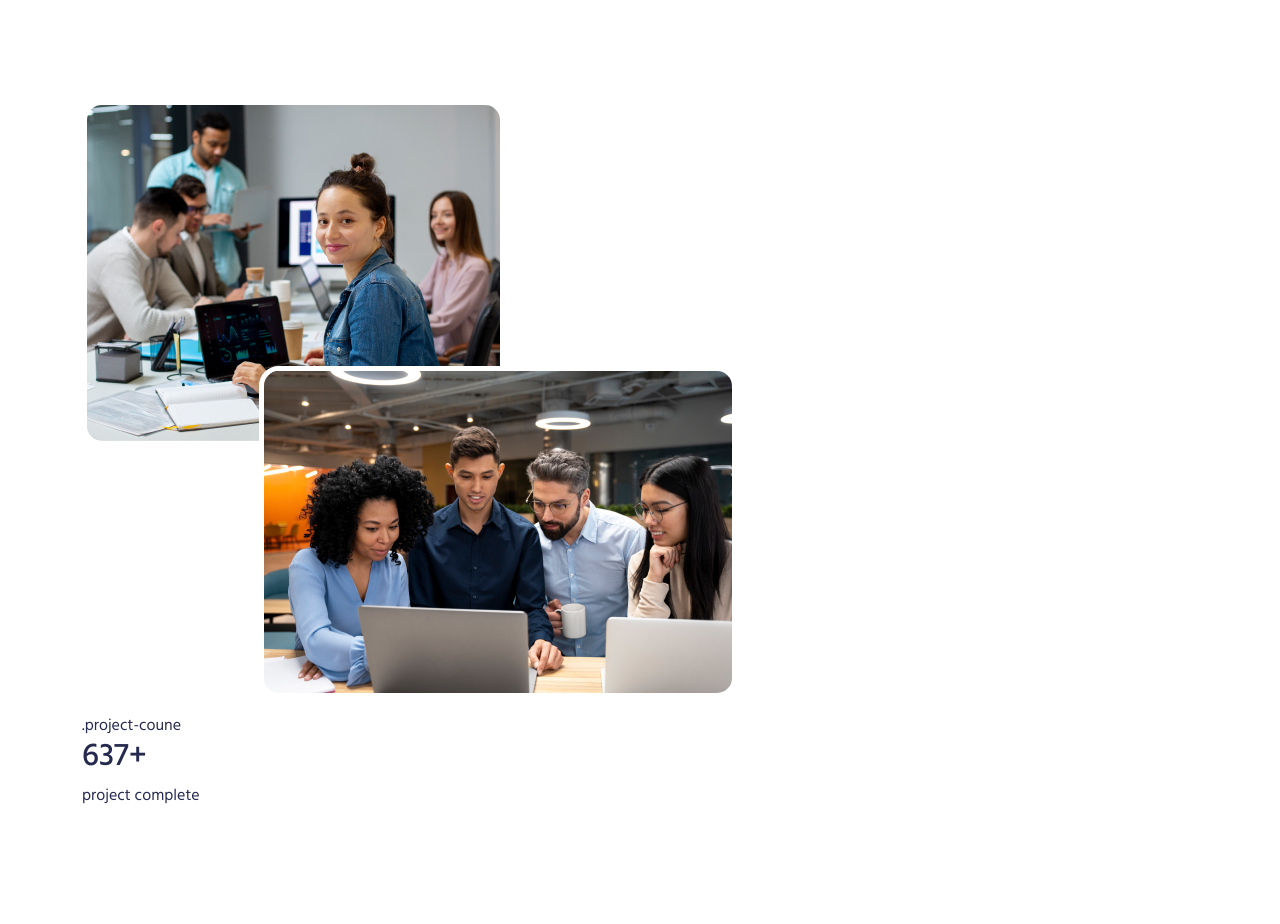
Repository: tagnam/mirehel2.0
Page: about.html
The author's editor kept a copy of each file at every save. The page is drawn from the files as they stood at one save, then again after the next save.
The browser window is 1280 px wide. The pictures show the whole page.

Above is the page before, as saved 2025-02-03 11:58:23.

### about.html
<!DOCTYPE html>
<html lang="en">
<head>
    <meta charset="UTF-8">
    <meta name="viewport" content="width=device-width, initial-scale=1.0">
    <title>about</title>
    <link href="https://cdn.jsdelivr.net/npm/bootstrap@5.0.2/dist/css/bootstrap.min.css" rel="stylesheet" integrity="sha384-EVSTQN3/azprG1Anm3QDgpJLIm9Nao0Yz1ztcQTwFspd3yD65VohhpuuCOmLASjC" crossorigin="anonymous">
    <link rel="stylesheet" href="style/css/animation.css">
    <link rel="stylesheet" href="style/css/style.css">
    <link rel="stylesheet" href="style/css/animation.css">
</head>
<body>
<!--======================================== about section ==================================== -->


<section>
    <div class="container">
        <div class="row">
            <div class="col-lg-6">
                <div class="about-left">
                    <figure class="about-img-container">
                        <img class="about-img-001 A-image01" src="images/about-img-1.jpg" alt="">
                        <img class="about-img-001 A-image02" src="images/about-img-2.jpg" alt="">
                    </figure>
                    <div class="project-counter">
                        .project-coune
                            <h2>637+</h2>
                            <p> project complete </p>
                    </div>

                </div>
            </div>
            <div class="col-lg-6"></div>
        </div>
    </div>
</section>

<!--======================================== end about section ==================================== -->












    <script src="https://cdn.jsdelivr.net/npm/bootstrap@5.0.2/dist/js/bootstrap.bundle.min.js" integrity="sha384-MrcW6ZMFYlzcLA8Nl+NtUVF0sA7MsXsP1UyJoMp4YLEuNSfAP+JcXn/tWtIaxVXM" crossorigin="anonymous"></script>
    <script src="https://cdn.jsdelivr.net/npm/@popperjs/core@2.9.2/dist/umd/popper.min.js" integrity="sha384-IQsoLXl5PILFhosVNubq5LC7Qb9DXgDA9i+tQ8Zj3iwWAwPtgFTxbJ8NT4GN1R8p" crossorigin="anonymous"></script>
    <script src="https://cdn.jsdelivr.net/npm/bootstrap@5.0.2/dist/js/bootstrap.min.js" integrity="sha384-cVKIPhGWiC2Al4u+LWgxfKTRIcfu0JTxR+EQDz/bgldoEyl4H0zUF0QKbrJ0EcQF" crossorigin="anonymous"></script>
</body>
</html>

### style/css/style.css

@import url('https://fonts.googleapis.com/css2?family=Hind:wght@300;400;500;600;700&family=Inter:ital,opsz,wght@0,14..32,100..900;1,14..32,100..900&family=Open+Sans:ital,wght@0,300..800;1,300..800&family=Oswald:wght@200..700&family=Poppins:ital,wght@0,100;0,200;0,300;0,400;0,500;0,600;0,700;0,800;0,900;1,100;1,200;1,300;1,400;1,500;1,600;1,700;1,800;1,900&family=Raleway:ital,wght@0,100..900;1,100..900&family=Roboto:ital,wght@0,100;0,300;0,400;0,500;0,700;0,900;1,100;1,300;1,400;1,500;1,700;1,900&family=Urbanist:ital,wght@0,100..900;1,100..900&display=swap');
@import url("https://cdn.jsdelivr.net/npm/bootstrap-icons@1.11.3/font/bootstrap-icons.min.css");
*{
    margin: 0;
    padding: 0;
    box-sizing: border-box;
}

:root{
    --primary-color: #252A4E;
    --secondary-color: #a249ed;

}

body{
    font-family: "Hind", serif;

    color:#252A4E;
}

section{
    padding: 100px 0;
}

.row-container{
    margin-top: 50px;
}
.banner-section{
    background-image: url(/images/banner-bg.webp);
    background-size: cover;
    background-position: center;
    /* background-attachment: fixed; */
    /* height: 100vh; */
    position: relative;
    margin: 15px;
    padding: 8px;
}
.section-btn{
    height: 100%;
    display: flex
;
    justify-content: flex-end;
    align-items: flex-end;
}

.title{
    font-size: 55px;
    font-weight: 800;
    line-height: 1;
}

.banner-img{
    position: relative;
    bottom: -89px;
}
.banner-content{
    margin-top: 100px;
    padding-right: 100px;
}

.banner-title{
    font-size: 70px;
    font-weight: 800;
    line-height: 1;
}

.banner-text{
    font-size: 20px;
    font-weight: 400;
    line-height: 1.5;
    margin-top: 20px;
    color:#515670;
}

.banner-title span{
    color: var(--secondary-color);
}
.sub-heading{
    position: relative;
    display: inline-block;
    font-size: 16px;
    letter-spacing: 0.32px;
    line-height: 26px;
    font-weight: 400;
    font-family: var(--galada);
    text-transform: uppercase;
    background: linear-gradient(90deg, #FFA835 -3.85%, #FA3DCC 97.3%, #FA3AD0 100%);
    background-clip: text;
    -webkit-background-clip: text;
    -webkit-text-fill-color: transparent;

    margin-bottom: 12px;
}




.banner-icon{
    width: 100%;
    background: linear-gradient(90deg, #9255CE -2.17%, #BE60FF 100%);
    box-shadow: 0px 0px 20px 0px rgba(0, 0, 0, 0.08);
    border-radius: 30px 45px 30px 30px;
    position: relative;
    padding: 20px;
    top: 28px;
    right: -13px;
}

.banner-icon h2{
    font-size: 45px;
    font-weight: 800;
    /* line-height: 1.5; */
    color: #fff;
    /* margin-bottom: 20px; */
    text-align: start;
    margin: unset;
    line-height: 38px;
    padding: 10px;
}

.banner-icon h4{
    font-size: 27px;
    font-weight: 600;
    line-height: 1.5;
    color: #fff;
    /* margin-top: 20px; */
    text-align: start;
    text-transform: uppercase;
}


.marquee-content{
    background: linear-gradient(90deg, #70DBFF 0%, #DD98FF 100%);
    border-radius: 0 0 35px 30px;
    overflow: hidden;
    padding: 23px 45px;
    width: 100%;
    position: absolute;
    left: 9px;
    bottom: -12px;
    display: flex;
    justify-content: space-between;
    align-items: center;
}


/* <!--===================================== about section end ========================================--> */
.about-right-container{
    padding-left: 50px;
}
.about-text p{
    font-size: 18px;
    line-height: 1.5;
    color: #515670;
    margin-top: 20px;
}

.about-img{
    position: relative;
    transform: translate(30px, 30px);
    width: 100%;
}

.about-figure{
    position: relative;
  background-color: aqua;
  padding: 20px;
}


.about-list{

    list-style: none;
    padding: unset;
}

.about-list li{
    display: flex;
    align-items: center;
    margin-bottom: 20px;
    justify-content: space-between;
}

.about-icon{

    display: flex;
    justify-content: center;
    align-items: center;
    background-color:var(--secondary-color);
    width: 78px;
    height: 84px;
    background: linear-gradient(90deg, #5A1CCB -2.17%, #815EDC 100%);
    border-radius: 50px 6px 6px 6px;
}

.about-icon .bi{
    font-size: 45px;
    color: #fff;
    display: flex;
    justify-content: center;
    align-items: center;
}


.about-list-title{
    font-size: 27px;
    line-height: 1.16;
    margin-bottom: 4px;
    font-weight: 600;
}

.about-list-text p{
    font-size: 16px;
    line-height: 1.5;
    color: #515670;
    margin: unset;
}
/* <!--===================================== about section end ========================================--> */




/* <!--===================================== service section start ========================================--> */

.service-index {
    width: 100%;
    display: flex;
    justify-content: center;
    align-items: center;
}

.service-index h2{
    position: relative;
    display: inline-block;

    letter-spacing: 0.32px;
margin: unset;
    font-weight: 600;
    font-family: var(--galada);
    text-transform: uppercase;
    background: linear-gradient(90deg, #FFA835 -3.85%, #FA3DCC 97.3%, #FA3AD0 100%);
    background-clip: text;
    -webkit-background-clip: text;
    -webkit-text-fill-color: transparent;

}

.service-title h3{
    font-size: 40px;
    font-weight: 800;
    line-height: 1;
    color: #252A4E;
    margin-bottom: 20px;
}

.service-row{
    border-bottom: 2px solid red;
    margin-bottom: 30px;
}

.service-icon{
    display: flex;
    justify-content: center;
}

.service-icon .bi{
    font-size: 45px;
    color:red;
    display: flex;
    justify-content: center;
    align-items: center;
}
/* <!--===================================== service section end ========================================--> */




/* <!--===================================== project section start========================================--> */




/* <!--===================================== project section start========================================--> */





/* <!--===================================== testimonial section start========================================--> */


.testimonial-card{
    background: linear-gradient(90deg, #70DBFF 0%, #DD98FF 100%);
    padding: 0px 20px;
    border-radius: 20px;
}


.testimonial-img{
    height: 58px;
    width: 58px;
    background: red;
    border-radius: 64%;
    border: 2px solid;
}

.testimonial-top{
    padding-bottom: 20px;
    border-bottom: 1px solid #fff;

}


.testimonial-bottom h2{
    font-size: 65px;
    font-weight: 600;
    line-height: 1.5;
    color: #fff;
    margin-top: 20px;
    text-align: start;
    text-transform: uppercase;
}

.testimonial-bottom p{
    font-size: 20px;
    line-height: 1.5;
    color: #fff;
    margin: unset;
}

  .testimonial .testimonial-content {
    margin: 10px 10px 0;
    /* background: #efefef; */
    padding: 0px 60px;
    position: relative;
    border: none;
    border-radius: 8px;
    font-style: italic;
    font-size: 25px;
    border: 2px solid;
    border-radius: 20px;
  }

  .testimonial .testimonial-content:before,
  .testimonial .testimonial-content:after {
    content: "\201C";
    position: absolute;
    font-size: 80px;
    line-height: 1;
    color: #757f9a;
    font-style: normal;
  }

  .testimonial .testimonial-content:before {
    top: 0;
    left: 10px;
  }

  .testimonial .testimonial-content:after {
    content: "\201D";
    right: 10px;
    bottom: -0.5em;
  }

.testimonial-start{
    display: flex    ;
        justify-content: left;
        align-items: center;
        margin: 20px 0px;
}

.testimonial-start .bi{
    margin: 0px 5px;
    font-size: 20px;
}
/* <!--===================================== testimonial section start========================================--> */

/* <!--===================================== project section start========================================--> */
.project-img{
    height: 550px;
}

.project-card .project-img {
    transition: 1ms ease-in-out;
}

.project-card:hover .project-img{
    transform: scaleX(1) scaleY(1) scaleZ(0.1) rotateX(15deg) rotateY(0deg) rotateZ(0deg) translateX(0px) translateY(0px) translateZ(0px) skewX(0deg) skewY(0deg);
}

.project-content{
    margin-top: -100px;
    z-index: 1;
}
/* <!--===================================== project section end========================================--> */



/* <!--===================================== choice section start========================================--> */

.choice-container{
    position: relative;
    padding: 10px;
    background-color: transparent;
height: 400px;
border: 15px solid transparent;
  /* border-image:linear-gradient(180deg, red 0%, #00000000 90.04%); */
  /* border-image:linear-gradient(180deg, #00000000  0%, red 90.04%); */
  border-image-slice: 1;
border-radius: 20px;
background: linear-gradient(white, white) padding-box,
linear-gradient(180deg, red 0%, #00000000 90.04%) border-box;
}

/* <!--===================================== choice section end========================================--> */


















/* ----------------------------new about  */

.about-img-container{
    position: relative;
}
.about-img-001{
    border-radius: 20px;
    border: 5px solid #fff;
}

.A-image01{

}

.A-image02{
    margin-top: -80px;
    margin-left: 177px;
}

Loaded but not shown: style/css/animation.css (no stored copy; drawn as an empty file)

After the next save:
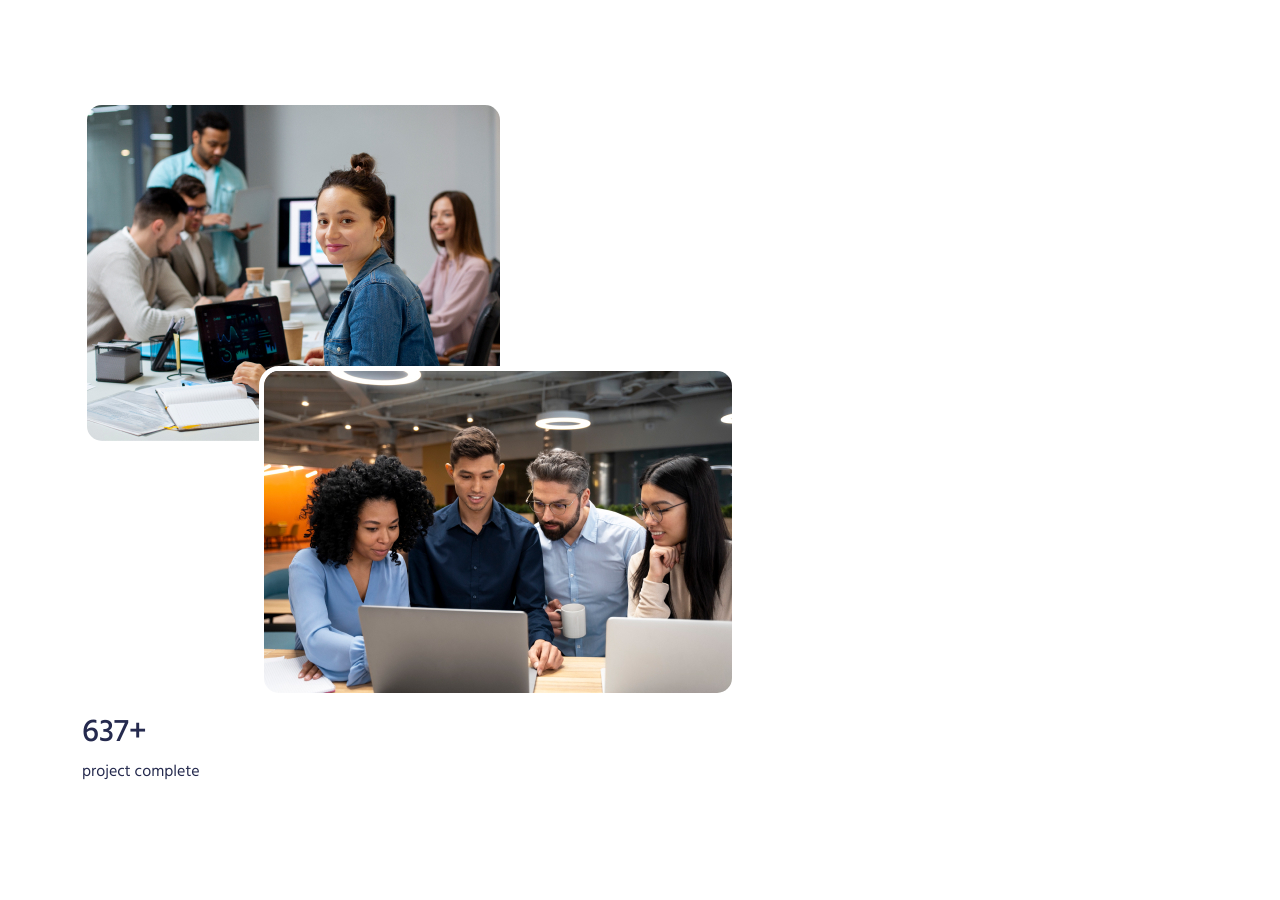
Saved 4 s later.
--- a/about.html
+++ b/about.html
@@ -23,7 +23,9 @@
                         <img class="about-img-001 A-image02" src="images/about-img-2.jpg" alt="">
                     </figure>
                     <div class="project-counter">
-                        .project-coune
+                        <div class="project-counter">
+
+                        </div>
                             <h2>637+</h2>
                             <p> project complete </p>
                     </div>
